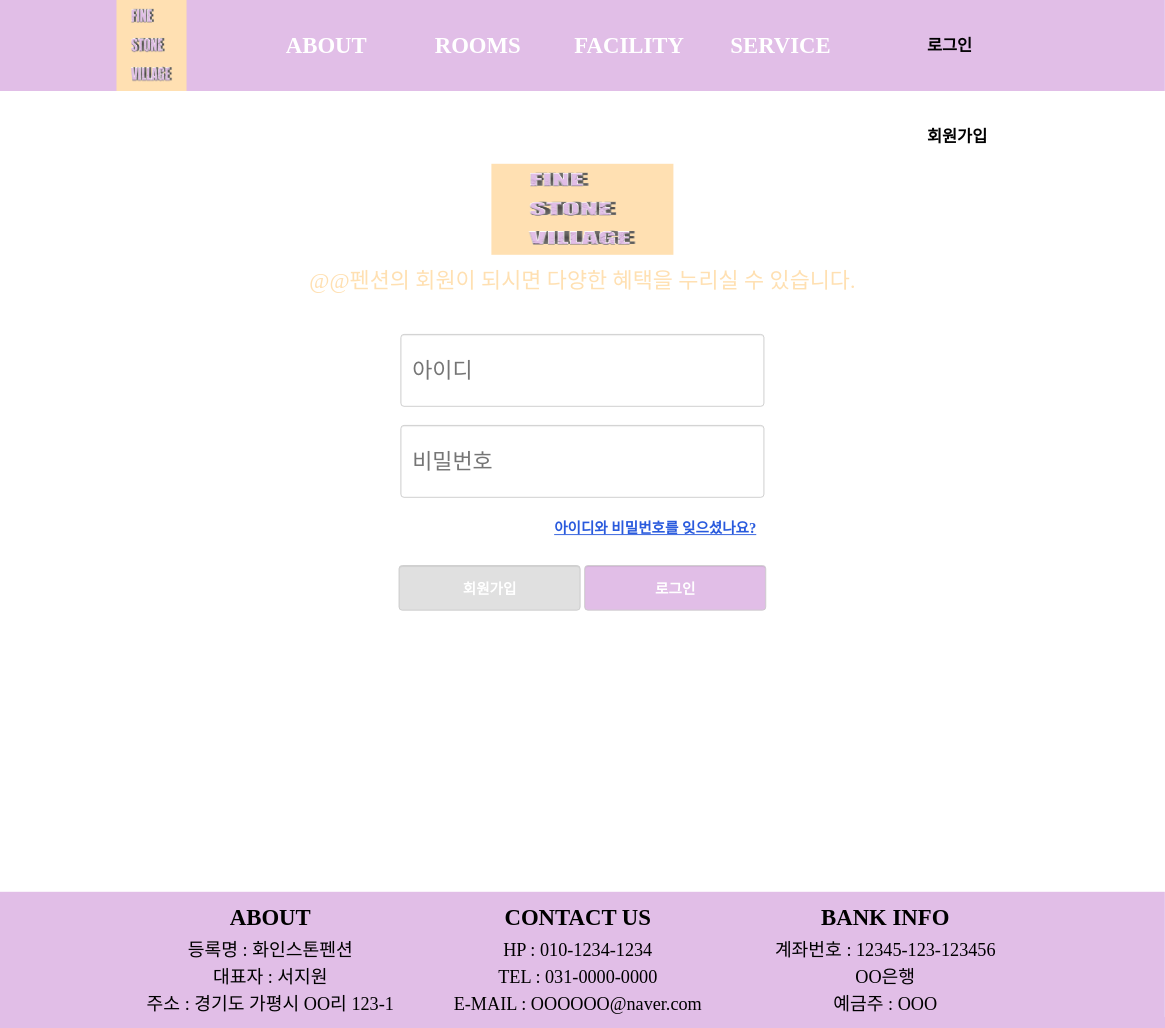
Repository: yoonjaesub/-pensionProject
Page: http://localhost/pension_project/WEB-INF/views/login.jsp
An editor plug-in stored every save of this project. The page is shown before and after the next save, followed by the edit.
The browser window is 1280 px wide. The pictures show the whole page, at 91% of full size.
The page is served by Tomcat 9. Nobody is signed in. The template is opened directly, without the code that normally fills it, so the values that code supplies are empty.

Above is the page before, as saved 2021-01-14 15:44:15.

After the next save:
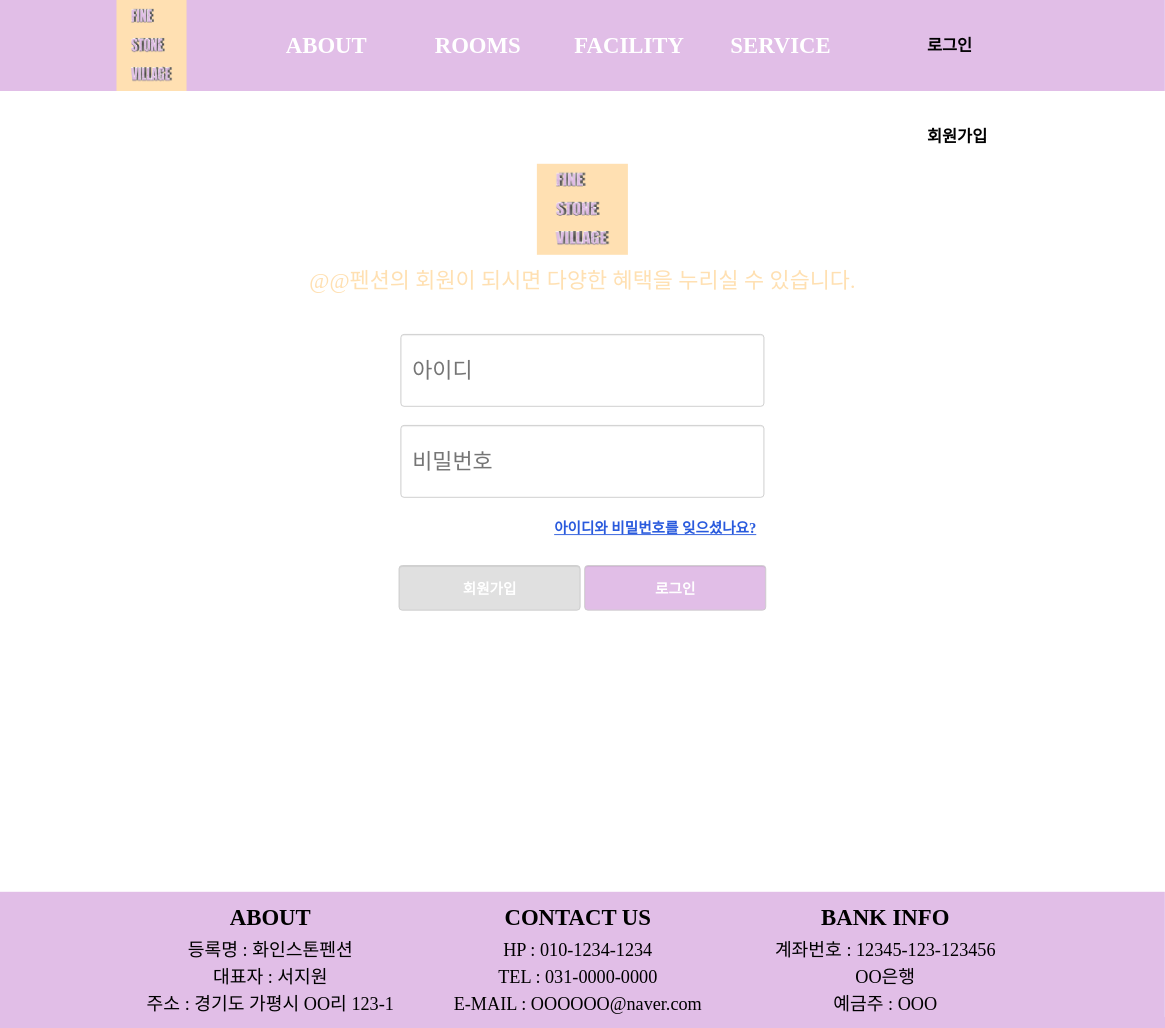
Saved 11 s later.
--- a/Project_content/pension_project/src/main/webapp/WEB-INF/views/login.jsp
+++ b/Project_content/pension_project/src/main/webapp/WEB-INF/views/login.jsp
@@ -43,7 +43,7 @@
   <main class="content">
             <div class="login_main">
                 <div class="cotent1">
-                    <li class="lst"><img src="resources/img/O_fine_logo.png" style="width: 200px", height="100px" alt="콘텐츠"></li>
+                    <li class="lst"><img src="resources/img/O_fine_logo.png" style="width: 100px", height="100px" alt="콘텐츠"></li>
                     <li class="lst2"><span class="tit">@@펜션의 회원이 되시면 다양한 혜택을 누리실 수 있습니다.</span></li>
                     <li class="lst3"><input type="text" name="" id="" value="" placeholder="아이디"></input></li>
                     <li class="lst4"><input type="password" name="" id="" value="" placeholder="비밀번호"></input></li>
